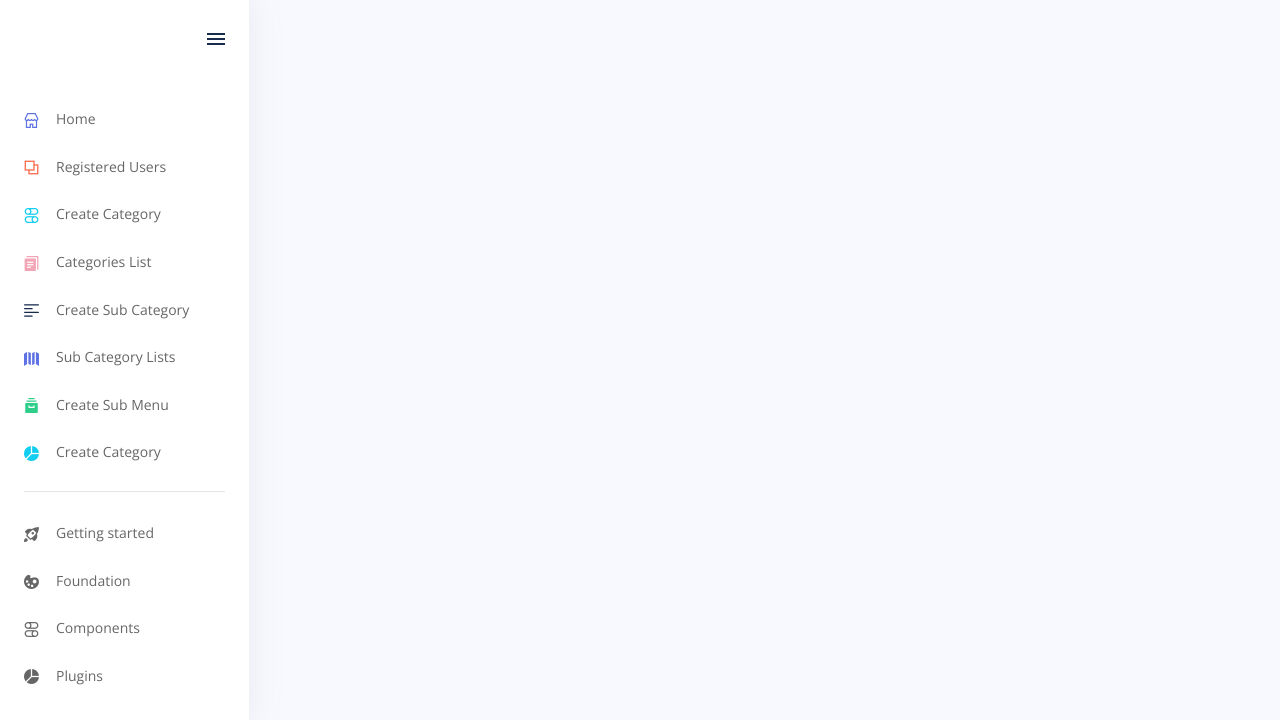
Repository: shivaylamba/caadvotescs
Page: resources/views/admin/layouts/header.blade.php
These files come from the project's save history. The page is drawn as it stood at one moment and after the next save; the edit follows.
The browser window is 1280 px wide. The pictures show the whole page.
The page is served by the project's Laravel application, run on PHP 8.4 with Laravel 8. The template is opened directly, without the code that normally fills it, so the values that code supplies are empty.

Above is the page before, as saved 2020-01-10 01:32:57.

After the next save:
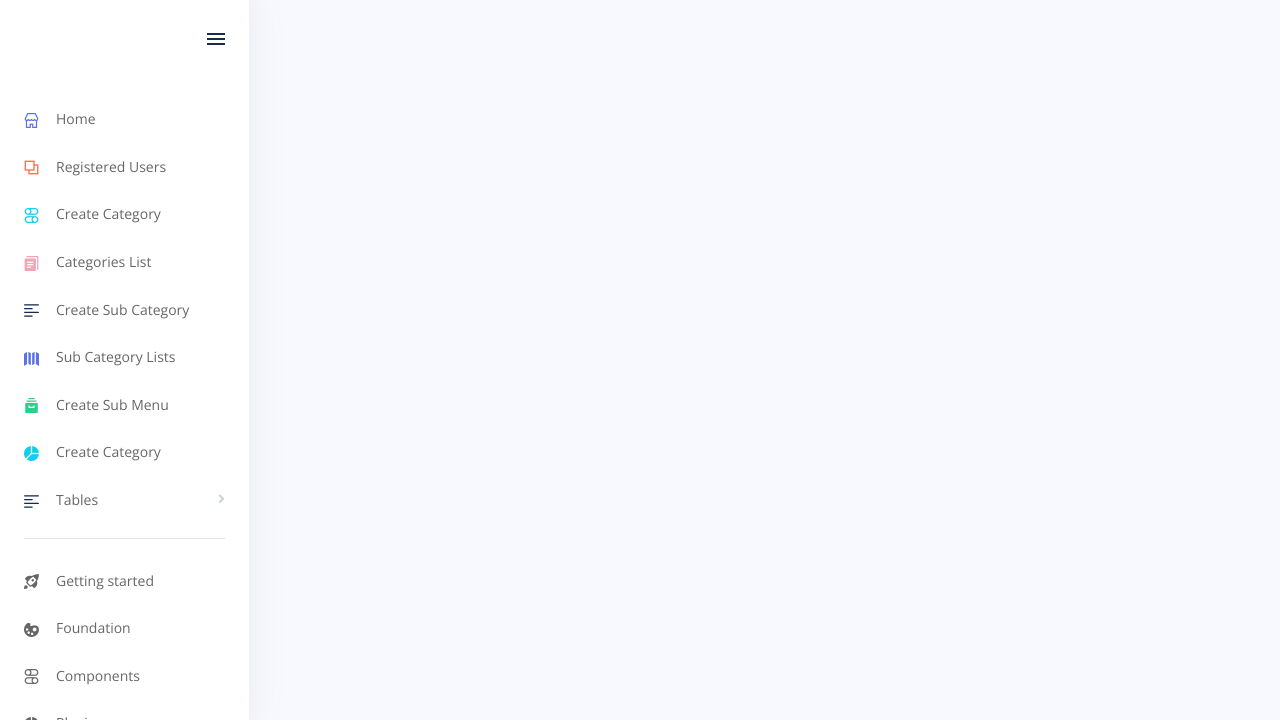
Saved 47 s later.
--- a/resources/views/admin/layouts/header.blade.php
+++ b/resources/views/admin/layouts/header.blade.php
@@ -113,6 +113,25 @@
                 <span class="nav-link-text">Create Category</span>
               </a>
             </li>
+            <li class="nav-item">
+              <a class="nav-link" href="#navbar-tables" data-toggle="collapse" role="button" aria-expanded="false" aria-controls="navbar-tables">
+                <i class="ni ni-align-left-2 text-default"></i>
+                <span class="nav-link-text">Tables</span>
+              </a>
+              <div class="collapse" id="navbar-tables">
+                <ul class="nav nav-sm flex-column">
+                  <li class="nav-item">
+                    <a href="../../pages/tables/tables.html" class="nav-link">Tables</a>
+                  </li>
+                  <li class="nav-item">
+                    <a href="../../pages/tables/sortable.html" class="nav-link">Sortable</a>
+                  </li>
+                  <li class="nav-item">
+                    <a href="../../pages/tables/datatables.html" class="nav-link">Datatables</a>
+                  </li>
+                </ul>
+              </div>
+            </li>
           </ul>
           <!-- Divider -->
           <hr class="my-3">
@@ -144,6 +163,7 @@
                 <span class="nav-link-text">Plugins</span>
               </a>
             </li>
+
           </ul>
         </div>
       </div>
